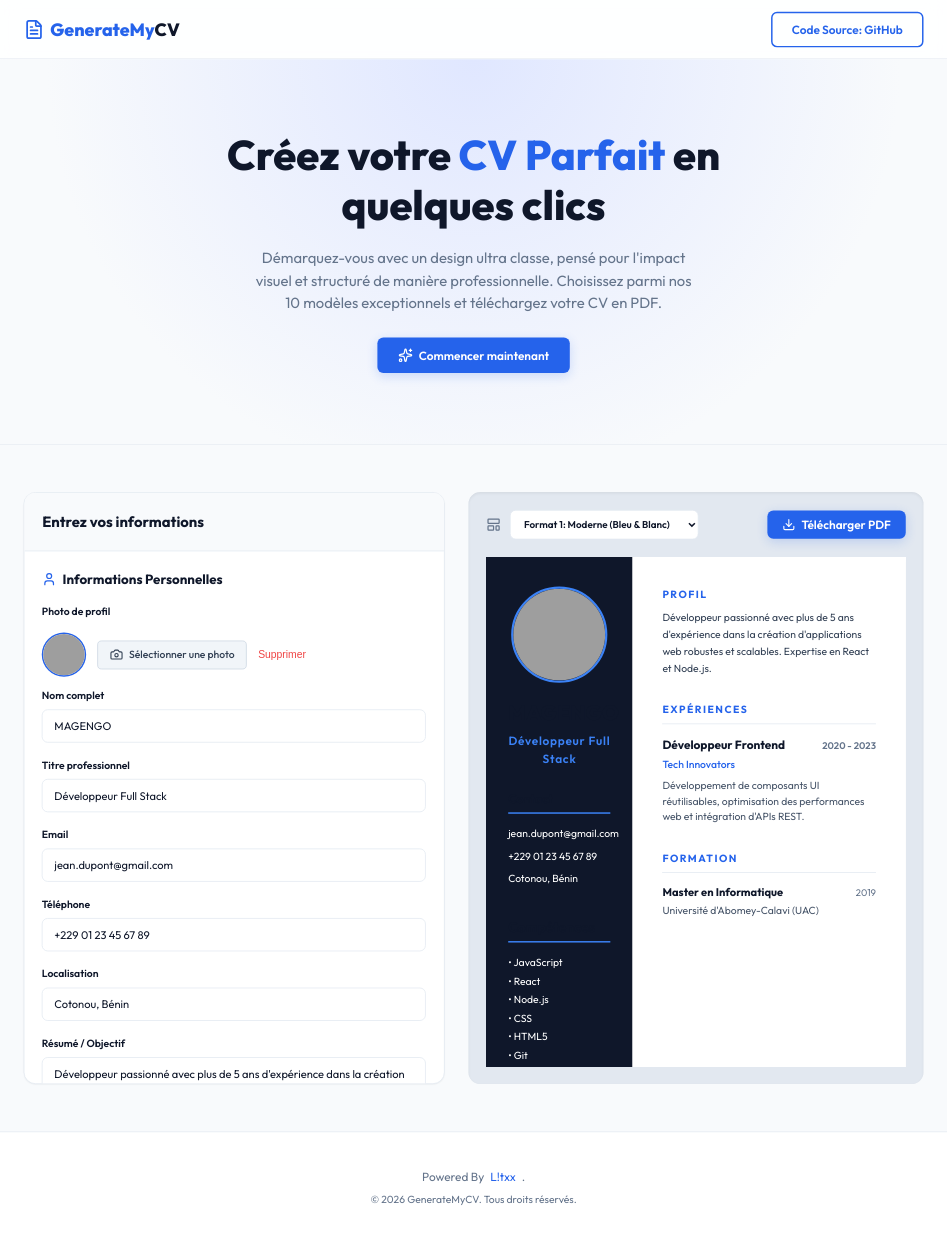
Repository: Issa-Mgn/Generatemy--cv
Page: /
These files come from the project's save history. The page is drawn as it stood at one moment and after the next save; the edit follows.
The browser window is 1280 px wide. The pictures show the whole page, at 74% of full size.
Pictures or frames that could not be fetched are drawn as grey boxes. An inner scrolling area shows only its first screen. The project was rebuilt for these pictures with package versions that can differ from the ones it lists, and the page was loaded fresh each time. Also part of the build but not shown: vite.config.js.

Above is the page before, as saved 2026-04-13 20:05:01.

### index.html
<!doctype html>
<html lang="fr">

<head>
  <meta charset="UTF-8" />
  <meta name="viewport" content="width=device-width, initial-scale=1.0" />
  <title>generatemycv</title>
</head>

<body>
  <div id="root"></div>
  <script type="module" src="/src/main.jsx"></script>
</body>

</html>

### src/index.css
@import url('https://fonts.googleapis.com/css2?family=Outfit:wght@300;400;500;600;700;800&display=swap');

:root {
  --primary: #2563EB; /* Royal Blue */
  --primary-light: #3B82F6;
  --secondary: #0F172A; /* Slate 900 */
  --background: #F8FAFC; /* Slate 50 */
  --surface: #FFFFFF;
  --text-main: #0F172A;
  --text-muted: #64748B;
  --border: #E2E8F0;
  --shadow-sm: 0 1px 2px 0 rgb(0 0 0 / 0.05);
  --shadow-md: 0 4px 6px -1px rgb(0 0 0 / 0.1), 0 2px 4px -2px rgb(0 0 0 / 0.1);
  --shadow-lg: 0 10px 15px -3px rgb(0 0 0 / 0.1), 0 4px 6px -4px rgb(0 0 0 / 0.1);
}

* {
  margin: 0;
  padding: 0;
  box-sizing: border-box;
}

body {
  font-family: 'Outfit', sans-serif;
  background-color: var(--background);
  color: var(--text-main);
  line-height: 1.5;
  -webkit-font-smoothing: antialiased;
}

/* Typography styles */
h1, h2, h3, h4, h5, h6 {
  font-weight: 700;
  color: var(--text-main);
}

.container {
  max-width: 1400px;
  margin: 0 auto;
  padding: 0 2rem;
}

/* Beautiful Uiverse Style Primary Button */
.btn-primary {
  appearance: none;
  background-color: var(--primary);
  border: transparent;
  border-radius: 8px;
  box-shadow: rgba(37, 99, 235, .2) 0 4px 14px 0;
  box-sizing: border-box;
  color: #fff;
  cursor: pointer;
  display: inline-flex;
  align-items: center;
  justify-content: center;
  gap: 0.5rem;
  font-family: 'Outfit', sans-serif;
  font-size: 16px;
  font-weight: 600;
  line-height: 1;
  padding: 14px 28px;
  text-align: center;
  text-decoration: none;
  position: relative;
  overflow: hidden;
  transition: all 0.3s cubic-bezier(.23, 1, 0.32, 1);
}

.btn-primary:disabled {
  opacity: 0.7;
  cursor: not-allowed;
}

.btn-primary:hover:not(:disabled) {
  background-color: #1D4ED8;
  transform: translateY(-2px);
  box-shadow: rgba(37, 99, 235, .4) 0 6px 20px 0;
}

.btn-primary:active:not(:disabled) {
  transform: translateY(0);
}

/* Outline Button */
.btn-outline {
  background: transparent;
  color: var(--primary);
  border: 2px solid var(--primary);
  border-radius: 8px;
  padding: 12px 26px;
  font-family: 'Outfit', sans-serif;
  font-weight: 600;
  font-size: 16px;
  cursor: pointer;
  transition: all 0.3s ease;
  align-items: center;
  justify-content: center;
  gap: 0.5rem;
  text-decoration: none;
}

.btn-outline:hover {
  background: var(--primary);
  color: white;
  box-shadow: rgba(37, 99, 235, .2) 0 4px 14px 0;
}

/* Inputs form styling */
.form-group {
  margin-bottom: 1.25rem;
}

.label {
  display: block;
  font-size: 14px;
  font-weight: 600;
  margin-bottom: 0.5rem;
  color: var(--secondary);
}

.input-field {
  width: 100%;
  padding: 12px 16px;
  border: 1.5px solid var(--border);
  border-radius: 8px;
  font-family: 'Outfit', sans-serif;
  font-size: 15px;
  color: var(--text-main);
  background: white;
  transition: all 0.3s ease;
  outline: none;
}

.input-field::placeholder {
  color: #94A3B8;
}

.input-field:focus {
  border-color: var(--primary);
  box-shadow: 0 0 0 3px rgba(37, 99, 235, 0.15);
}

textarea.input-field {
  resize: vertical;
  min-height: 100px;
}

/* Cards */
.card {
  background: var(--surface);
  border-radius: 16px;
  box-shadow: var(--shadow-sm);
  border: 1px solid var(--border);
  overflow: hidden;
}

/* Custom Scrollbar for Builder */
::-webkit-scrollbar {
  width: 8px;
  height: 8px;
}
::-webkit-scrollbar-track {
  background: transparent;
}
::-webkit-scrollbar-thumb {
  background: #CBD5E1;
  border-radius: 4px;
}
::-webkit-scrollbar-thumb:hover {
  background: #94A3B8;
}

### src/App.jsx
import React from 'react';
import Header from './components/Header'
import Hero from './components/Hero';
import Builder from './components/Builder';
import Footer from './components/Footer';
import './App.css';

function App() {
  return (
    <div className="app-container">
      <Header />
      <main className="main-content">
        <Hero />
        <Builder />
      </main>
      <Footer />
    </div>
  );
}

export default App;

### src/components/Header.jsx
import React from 'react';
import { FileText } from 'lucide-react';

const Header = () => {
  return (
    <header className="header">
      <div className="container">
        <a href="/" className="logo">
          <FileText size={28} color="#2563EB" />
          <span>GenerateMy<span style={{ color: '#0F172A' }}>CV</span></span>
        </a>
        <nav>

          <a href="https://github.com/Issa-Mgn/Generatemy--cv.git" target="_blank" rel="noreferrer" className="btn-outline" >
            <span>Code Source: </span>GitHub
            </a>
        </nav>
      </div>
    </header>
  );
};

export default Header;

### src/components/Hero.jsx
import React from 'react';
import { Sparkles, ArrowDown } from 'lucide-react';

const Hero = () => {
  const scrollToBuilder = () => {
    document.getElementById('builder-section').scrollIntoView({ behavior: 'smooth' });
  };

  return (
    <section className="hero">
      <div className="container">
        <h1>
          Créez votre <span>CV Parfait</span> en <br />quelques clics
        </h1>
        <p>

          Démarquez-vous avec un design ultra classe, pensé pour l'impact visuel et structuré de manière professionnelle. Choisissez parmi nos 10 modèles exceptionnels et téléchargez votre CV en PDF. </p>
        <button className="btn-primary" onClick={scrollToBuilder}>
          <Sparkles size={20} />
          <span>Commencer maintenant</span>
        </button>
      </div>
    </section>
  );
};

export default Hero;

### src/components/Builder.jsx
import React, { useState } from 'react';
import CVForm from './CVForm';
import CVPreview from './CVPreview';

const initialData = {
  personal: {
    fullName: 'MAGENGO ',
    jobTitle: 'Développeur Full Stack',
    email: 'jean.dupont@gmail.com',
    phone: '+229 01 23 45 67 89',
    location: 'Cotonou, Bénin',
    summary: 'Développeur passionné avec plus de 5 ans d\'expérience dans la création d\'applications web robustes et scalables. Expertise en React et Node.js.',
    profileImage: 'https://plus.unsplash.com/premium_vector-1742573753484-4e23411f257a?q=80&w=580&auto=format&fit=crop&ixlib=rb-4.1.0&ixid=M3wxMjA3fDB8MHxwaG90by1wYWdlfHx8fGVufDB8fHx8fA%3D%3D'
  },
  experience: [
    {
      id: Date.now(),
      title: 'Développeur Frontend',
      company: 'Tech Innovators',
      startDate: '2020',
      endDate: '2023',
      description: 'Développement de composants UI réutilisables, optimisation des performances web et intégration d\'APIs REST.'
    }
  ],
  education: [
    {
      id: Date.now() + 1,
      degree: 'Master en Informatique',
      school: 'Université d\'Abomey-Calavi (UAC)',
      year: '2019'
    }
  ],
  skills: 'JavaScript, React, Node.js, CSS, HTML5, Git',
  format: 'format1'
};

const Builder = () => {
  const [data, setData] = useState(initialData);

  const updatePersonal = (field, value) => {
    setData(prev => ({
      ...prev,
      personal: { ...prev.personal, [field]: value }
    }));
  };

  const updateFormat = (format) => {
    setData(prev => ({ ...prev, format }));
  };

  const addExperience = () => {
    setData(prev => ({
      ...prev,
      experience: [
        ...prev.experience,
        { id: Date.now(), title: '', company: '', startDate: '', endDate: '', description: '' }
      ]
    }));
  };

  const updateExperience = (id, field, value) => {
    setData(prev => ({
      ...prev,
      experience: prev.experience.map(exp =>
        exp.id === id ? { ...exp, [field]: value } : exp
      )
    }));
  };

  const removeExperience = (id) => {
    setData(prev => ({
      ...prev,
      experience: prev.experience.filter(exp => exp.id !== id)
    }));
  };

  const addEducation = () => {
    setData(prev => ({
      ...prev,
      education: [
        ...prev.education,
        { id: Date.now(), degree: '', school: '', year: '' }
      ]
    }));
  };

  const updateEducation = (id, field, value) => {
    setData(prev => ({
      ...prev,
      education: prev.education.map(edu =>
        edu.id === id ? { ...edu, [field]: value } : edu
      )
    }));
  };

  const removeEducation = (id) => {
    setData(prev => ({
      ...prev,
      education: prev.education.filter(edu => edu.id !== id)
    }));
  };

  const updateSkills = (value) => {
    setData(prev => ({ ...prev, skills: value }));
  };

  return (
    <section id="builder-section" className="builder-section">
      <div className="container">
        <div className="builder-layout">
          <CVForm
            data={data}
            updatePersonal={updatePersonal}
            addExperience={addExperience}
            updateExperience={updateExperience}
            removeExperience={removeExperience}
            addEducation={addEducation}
            updateEducation={updateEducation}
            removeEducation={removeEducation}
            updateSkills={updateSkills}
          />
          <CVPreview
            data={data}
            updateFormat={updateFormat}
          />
        </div>
      </div>
    </section>
  );
};

export default Builder;

### src/components/Footer.jsx
import React from 'react';
import { Heart } from 'lucide-react';

const Footer = () => {
  return (
    <footer className="footer">
      <div className="container">
        <p>
          Powered By <a href="https://litxxcompany.netlify.app" style={{ color: "#2563EB", textDecoration: "none" }} target="_blank" rel="noreferrer">L!txx</a> .
        </p>
        <p style={{ marginTop: '0.5rem', fontSize: '0.875rem' }}>
          &copy; {new Date().getFullYear()} GenerateMyCV. Tous droits réservés.
        </p>
      </div>
    </footer>
  );
};

export default Footer;

### src/App.css
.app-container {
  display: flex;
  flex-direction: column;
  min-height: 100vh;
}

main.main-content {
  flex: 1;
}

/* Header */
.header {
  height: 80px;
  background: rgba(255, 255, 255, 0.85);
  backdrop-filter: blur(12px);
  border-bottom: 1px solid var(--border);
  position: sticky;
  top: 0;
  z-index: 50;
  display: flex;
  align-items: center;
}

.header .container {
  width: 100%;
  display: flex;
  justify-content: space-between;
  align-items: center;
}

.logo {
  display: flex;
  align-items: center;
  gap: 0.5rem;
  font-size: 1.5rem;
  font-weight: 800;
  color: var(--primary);
  text-decoration: none;
}

/* Hero */
.hero {
  padding: 6rem 0;
  text-align: center;
  background: radial-gradient(circle at 50% 0%, #e0e7ff 0%, var(--background) 70%);
  border-bottom: 1px solid var(--border);
}

.hero h1 {
  font-size: 3.5rem;
  font-weight: 800;
  color: var(--secondary);
  line-height: 1.2;
  margin-bottom: 1.5rem;
}

.hero h1 span {
  color: var(--primary);
}

.hero p {
  font-size: 1.25rem;
  color: var(--text-muted);
  max-width: 600px;
  margin: 0 auto 2rem;
}

/* Builder Layout */
.builder-section {
  padding: 4rem 0;
  background: var(--background);
}

.builder-layout {
  display: flex;
  flex-direction: column;
  gap: 2rem;
}

@media(min-width: 1024px) {
  .builder-layout {
    flex-direction: row;
    height: 800px; /* Fixed height for inner scrolling */
  }
}

/* Form Panel */
.form-panel {
  flex: 1;
  background: white;
  border-radius: 16px;
  border: 1px solid var(--border);
  box-shadow: var(--shadow-sm);
  display: flex;
  flex-direction: column;
  overflow: hidden;
}

.form-header {
  padding: 1.5rem;
  border-bottom: 1px solid var(--border);
  background: #F8FAFC;
}

.form-header h2 {
  font-size: 1.25rem;
  display: flex;
  align-items: center;
  gap: 0.5rem;
}

.form-body {
  flex: 1;
  overflow-y: auto;
  padding: 1.5rem;
}

.form-section {
  margin-bottom: 2rem;
  padding-bottom: 2rem;
  border-bottom: 1px dashed var(--border);
}

.form-section:last-child {
  border-bottom: none;
}

.form-section-title {
  font-size: 1.125rem;
  font-weight: 700;
  margin-bottom: 1.25rem;
  color: var(--secondary);
  display: flex;
  align-items: center;
  gap: 0.5rem;
}

/* Repeated Fields (Experiences, Degrees) */
.repeated-item {
  background: #F8FAFC;
  border: 1px solid var(--border);
  border-radius: 8px;
  padding: 1.25rem;
  margin-bottom: 1rem;
  position: relative;
}

.remove-btn {
  position: absolute;
  top: 1rem;
  right: 1rem;
  background: #FEE2E2;
  color: #EF4444;
  border: none;
  width: 32px;
  height: 32px;
  border-radius: 6px;
  cursor: pointer;
  display: flex;
  align-items: center;
  justify-content: center;
  transition: all 0.2s;
}

.remove-btn:hover {
  background: #EF4444;
  color: white;
}

/* Preview Panel */
.preview-panel {
  flex: 1;
  background: #E2E8F0; /* Slate 200 */
  border-radius: 16px;
  padding: 1.5rem;
  display: flex;
  flex-direction: column;
  box-shadow: inset 0 2px 4px 0 rgb(0 0 0 / 0.06);
}

.preview-actions {
  display: flex;
  flex-wrap: wrap;
  justify-content: space-between;
  align-items: center;
  gap: 1rem;
  margin-bottom: 1.5rem;
}

.preview-wrapper {
  flex: 1;
  overflow-y: auto;
  display: flex;
  justify-content: center;
}

/* Container for PDF generation, keep inner A4 aspect */
.cv-document-container {
  width: 100%;
  max-width: 794px; /* A4 width typical representation */
  min-height: 1123px; /* A4 height */
  background: white;
  box-shadow: var(--shadow-md);
  margin: 0 auto;
  transform-origin: top center;
}

/* Footer */
.footer {
  padding: 3rem 0;
  border-top: 1px solid var(--border);
  text-align: center;
  color: var(--text-muted);
  background: white;
}

.footer p {
  display: flex;
  align-items: center;
  justify-content: center;
  gap: 0.5rem;
}

.format-selector {
  display: flex;
  align-items: center;
  gap: 0.75rem;
}

.format-selector select {
  padding: 10px 14px;
  border-radius: 8px;
  border: 1px solid var(--border);
  font-family: 'Outfit', sans-serif;
  font-weight: 600;
  color: var(--secondary);
  outline: none;
  background: white;
  cursor: pointer;
}

### src/components/CVForm.jsx
import React from 'react';
import { User, Briefcase, GraduationCap, Wrench, Plus, Trash2, Camera } from 'lucide-react';

const CVForm = ({
  data,
  updatePersonal,
  addExperience,
  updateExperience,
  removeExperience,
  addEducation,
  updateEducation,
  removeEducation,
  updateSkills
}) => {

  const handlePersonalChange = (e) => {
    updatePersonal(e.target.name, e.target.value);
  };

  const handleImageUpload = (e) => {
    const file = e.target.files[0];
    if (file) {
      const reader = new FileReader();
      reader.onloadend = () => {
        updatePersonal('profileImage', reader.result);
      };
      reader.readAsDataURL(file);
    }
  };

  return (
    <div className="form-panel">
      <div className="form-header">
        <h2>Entrez vos informations</h2>
      </div>

      <div className="form-body">

        {/* Personal Info Section */}
        <section className="form-section">
          <div className="form-section-title">
            <User size={20} color="#2563EB" />
            Informations Personnelles
          </div>
          <div className="form-group" style={{ display: 'flex', flexDirection: 'column', gap: '10px', marginBottom: '15px' }}>
            <label className="label">Photo de profil</label>
            <div style={{ display: 'flex', alignItems: 'center', gap: '15px' }}>
              {data.personal.profileImage && (
                <img
                  src={data.personal.profileImage}
                  alt="Profile"
                  style={{ width: '60px', height: '60px', borderRadius: '50%', objectFit: 'cover', border: '2px solid #2563EB' }}
                />
              )}
              <label style={{
                display: 'flex', alignItems: 'center', gap: '8px',
                padding: '8px 16px', backgroundColor: '#F1F5F9',
                color: '#334155', borderRadius: '6px', cursor: 'pointer',
                fontSize: '14px', fontWeight: '500', transition: 'all 0.2s',
                border: '1px solid #CBD5E1'
              }}>
                <Camera size={18} />
                <span>Sélectionner une photo</span>
                <input
                  type="file"
                  accept="image/*"
                  onChange={handleImageUpload}
                  style={{ display: 'none' }}
                />
              </label>
              {data.personal.profileImage && (
                <button
                  type="button"
                  onClick={() => updatePersonal('profileImage', null)}
                  style={{ background: 'none', border: 'none', color: '#EF4444', cursor: 'pointer', fontSize: '14px', fontWeight: '500' }}
                >
                  Supprimer
                </button>
              )}
            </div>
          </div>
          <div className="form-group">
            <label className="label">Nom complet</label>
            <input name="fullName" value={data.personal.fullName} onChange={handlePersonalChange} className="input-field" placeholder="Ex: Jean Dupont" />
          </div>
          <div className="form-group">
            <label className="label">Titre professionnel</label>
            <input name="jobTitle" value={data.personal.jobTitle} onChange={handlePersonalChange} className="input-field" placeholder="Ex: Développeur Web" />
          </div>
          <div className="form-group">
            <label className="label">Email</label>
            <input name="email" value={data.personal.email} onChange={handlePersonalChange} className="input-field" placeholder="jean@example.com" type="email" />
          </div>
          <div className="form-group">
            <label className="label">Téléphone</label>
            <input name="phone" value={data.personal.phone} onChange={handlePersonalChange} className="input-field" placeholder="+33 6 12 34 56 78" />
          </div>
          <div className="form-group">
            <label className="label">Localisation</label>
            <input name="location" value={data.personal.location} onChange={handlePersonalChange} className="input-field" placeholder="Paris, France" />
          </div>
          <div className="form-group">
            <label className="label">Résumé / Objectif</label>
            <textarea name="summary" value={data.personal.summary} onChange={handlePersonalChange} className="input-field" placeholder="Une brève description de vous..." />
          </div>
        </section>

        {/* Experience Section */}
        <section className="form-section">
          <div className="form-section-title">
            <Briefcase size={20} color="#2563EB" />
            Expérience Professionnelle
          </div>

          {data.experience.map((exp, ) => (
            <div key={exp.id} className="repeated-item">
              <button className="remove-btn" onClick={() => removeExperience(exp.id)} title="Supprimer">
                <Trash2 size={16} />
              </button>
              <div className="form-group" style={{ marginTop: '0.5rem' }}>
                <label className="label">Poste</label>
                <input value={exp.title} onChange={(e) => updateExperience(exp.id, 'title', e.target.value)} className="input-field" placeholder="Développeur Frontend" />
              </div>
              <div className="form-group">
                <label className="label">Entreprise</label>
                <input value={exp.company} onChange={(e) => updateExperience(exp.id, 'company', e.target.value)} className="input-field" placeholder="TechCorp" />
              </div>
              <div style={{ display: 'flex', gap: '1rem' }}>
                <div className="form-group" style={{ flex: 1 }}>
                  <label className="label">Date de début</label>
                  <input value={exp.startDate} onChange={(e) => updateExperience(exp.id, 'startDate', e.target.value)} className="input-field" placeholder="Jan 2020" />
                </div>
                <div className="form-group" style={{ flex: 1 }}>
                  <label className="label">Date de fin</label>
                  <input value={exp.endDate} onChange={(e) => updateExperience(exp.id, 'endDate', e.target.value)} className="input-field" placeholder="Présent" />
                </div>
              </div>
              <div className="form-group mb-0">
                <label className="label">Description des missions</label>
                <textarea value={exp.description} onChange={(e) => updateExperience(exp.id, 'description', e.target.value)} className="input-field" placeholder="Réalisation de..." style={{ minHeight: '80px' }} />
              </div>
            </div>
          ))}

          <button className="btn-outline" style={{ width: '100%' }} onClick={addExperience}>
            <Plus size={18} />
            Ajouter une expérience
          </button>
        </section>

        {/* Education Section */}
        <section className="form-section">
          <div className="form-section-title">
            <GraduationCap size={20} color="#2563EB" />
            Formation
          </div>

          {data.education.map((edu, ) => (
            <div key={edu.id} className="repeated-item">
              <button className="remove-btn" onClick={() => removeEducation(edu.id)} title="Supprimer">
                <Trash2 size={16} />
              </button>
              <div className="form-group" style={{ marginTop: '0.5rem' }}>
                <label className="label">Diplôme / Titre</label>
                <input value={edu.degree} onChange={(e) => updateEducation(edu.id, 'degree', e.target.value)} className="input-field" placeholder="Licence Informatique" />
              </div>
              <div className="form-group">
                <label className="label">Établissement</label>
                <input value={edu.school} onChange={(e) => updateEducation(edu.id, 'school', e.target.value)} className="input-field" placeholder="Université Paris" />
              </div>
              <div className="form-group mb-0">
                <label className="label">Année d'obtention</label>
                <input value={edu.year} onChange={(e) => updateEducation(edu.id, 'year', e.target.value)} className="input-field" placeholder="2019" />
              </div>
            </div>
          ))}

          <button className="btn-outline" style={{ width: '100%' }} onClick={addEducation}>
            <Plus size={18} />
            Ajouter une formation
          </button>
        </section>

        {/* Skills Section */}
        <section className="form-section" style={{ borderBottom: 'none' }}>
          <div className="form-section-title">
            <Wrench size={20} color="#2563EB" />
            Compétences
          </div>
          <div className="form-group">
            <label className="label">Liste de compétences (séparées par des virgules)</label>
            <textarea
              value={data.skills}
              onChange={(e) => updateSkills(e.target.value)}
              className="input-field"
              placeholder="Ex: JavaScript, Rédaction web, Gestion de projet..."
            />
          </div>
        </section>

      </div>
    </div>
  );
};

export default CVForm;

Loaded but not shown: src/main.jsx (common file); src/components/CVPreview.jsx (890 lines, source omitted)

After the next save:
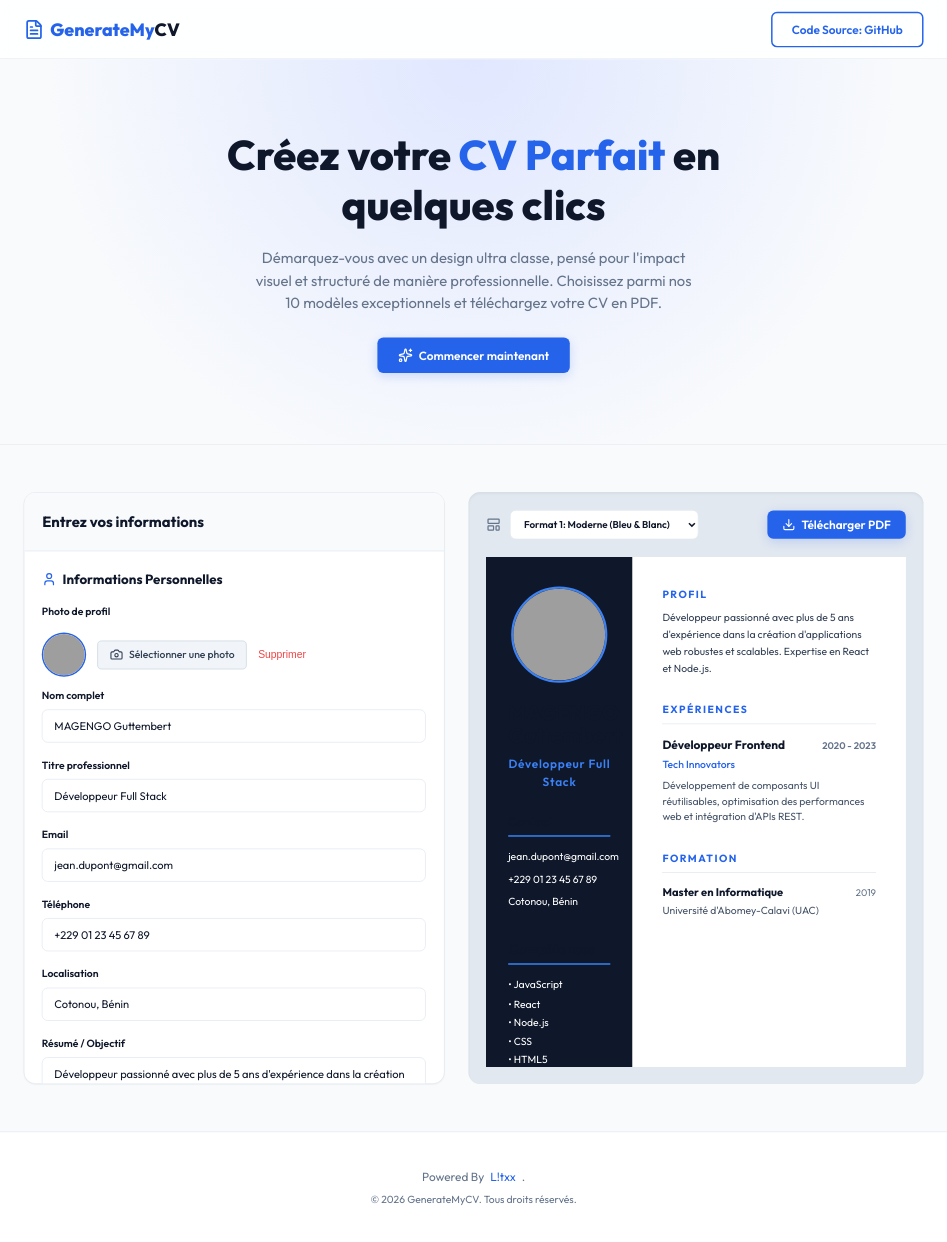
Saved 4 s later.
--- a/src/components/Builder.jsx
+++ b/src/components/Builder.jsx
@@ -4,7 +4,7 @@ import CVPreview from './CVPreview';
 
 const initialData = {
   personal: {
-    fullName: 'MAGENGO ',
+    fullName: 'MAGENGO Guttembert',
     jobTitle: 'Développeur Full Stack',
     email: 'jean.dupont@gmail.com',
     phone: '+229 01 23 45 67 89',
